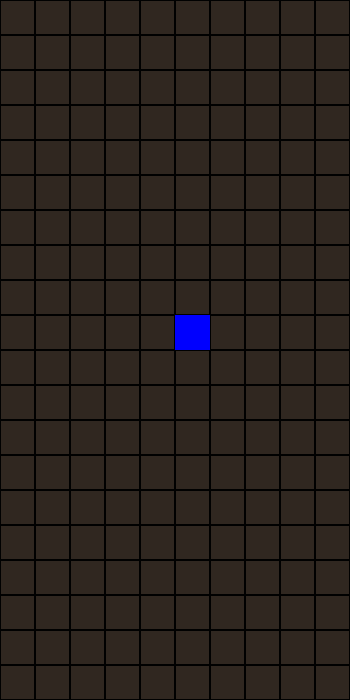
Repository: lucacdev/Tetris
Script's output: python main.py
An editor plug-in stored every save of this project. The script's output is shown before and after the next save, followed by the edit.
The window is shown after at most 60 frames with no key pressed. Random numbers start from a fixed seed.

Above is the script's output before, as saved 2024-02-29 18:32:18.

After the next save:
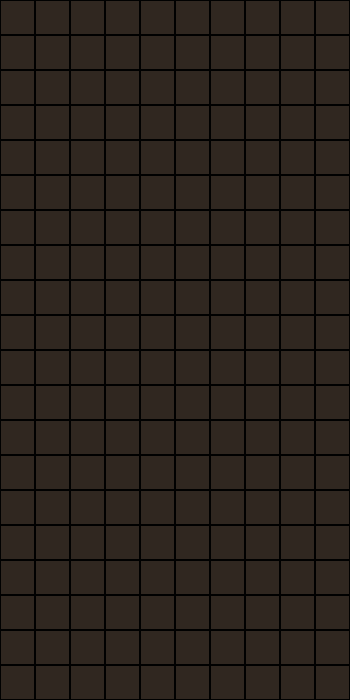
Saved 37 s later.
--- a/tetromino.py
+++ b/tetromino.py
@@ -14,7 +14,7 @@
 class Tetromino:
     def __init__(self, tetris):
         self.tetris = tetris
-        Block(self, (5, 9))
+        self.shape = 'T'
 
     def update(self):
         pass
